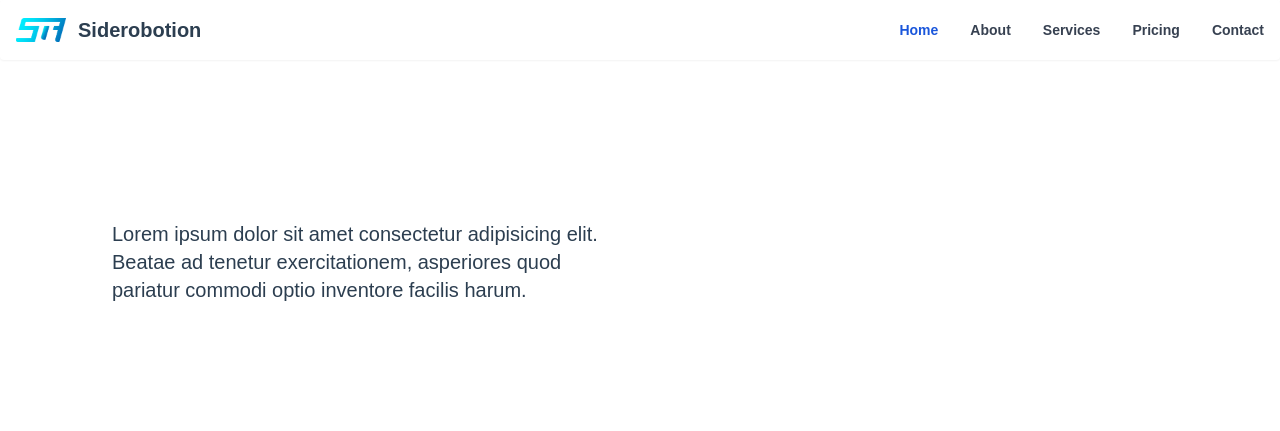
Repository: khulqu15/siderobotion
Page: /
An editor plug-in stored every save of this project. The page is shown before and after a run of saves, followed by the edit.
The browser window is 1280 px wide. The pictures show the whole page.
The project was rebuilt for these pictures with package versions that can differ from the ones it lists, and the page was loaded fresh each time. Also part of the build but not shown: vue.config.js.

Above is the page before, as saved 2022-06-12 02:10:06.

### src/main.js
import { createApp } from 'vue'
import App from './App.vue'
import './registerServiceWorker'
import router from './router'
import store from './store'
import 'flowbite'
import './index.css'

createApp(App)
  .use(store)
  .use(router)
  .mount('#app')

### src/index.css
@tailwind base;
@tailwind components;
@tailwind utilities;
@import url('https://fonts.googleapis.com/css2?family=Poppins:ital,wght@0,100;0,200;0,300;0,400;0,500;0,600;0,700;0,800;0,900;1,100;1,200;1,300;1,400;1,500;1,600;1,700;1,800;1,900&display=swap');

* {
  font-family: 'Poppins', sans-serif !important;
}

### src/views/HomeView.vue
<template>

  <web-layout>
    <div class="px-28 py-12 grid grid-cols-2 gap-4">
      <div class="py-28 text-start">
        <h1 class="text-xl">Lorem ipsum dolor sit amet consectetur adipisicing elit. Beatae ad tenetur exercitationem, asperiores quod pariatur commodi optio inventore facilis harum.</h1>
      </div>
    </div>
  </web-layout>

</template>

<script>
import WebLayout from '@/layouts/WebLayout.vue'
export default {
  name: 'HomeView',
  components: {
    WebLayout
  }
}
</script>

### src/layouts/WebLayout.vue
<template>
  <div id="app-web">
    <div id="nav">
      <navigation-header/>
    </div>
    <div id="body-content">
      <slot id="content"></slot>
    </div>
  </div>
</template>

<script>
import NavigationHeader from '@/components/NavigationHeader.vue'
export default {
  components: {
    NavigationHeader
  }
}
</script>

### src/components/NavigationHeader.vue
<template>
  <div>
    <nav class="bg-white border-gray-200 px-2 sm:px-4 py-4 shadow-sm rounded dark:bg-gray-800">
      <div class="container flex flex-wrap justify-between items-center mx-auto">
        <a href="/" class="flex items-center">
          <img :src="require('@/assets/logo.webp')" class="mr-3 h-4 sm:h-6" alt="Siderobotion Logo">
          <span class="self-center text-xl font-semibold whitespace-nowrap dark:text-white">Siderobotion</span>
        </a>
        <button data-collapse-toggle="mobile-menu" type="button" class="inline-flex items-center p-2 ml-3 text-sm text-gray-500 rounded-lg md:hidden hover:bg-gray-100 focus:outline-none focus:ring-2 focus:ring-gray-200 dark:text-gray-400 dark:hover:bg-gray-700 dark:focus:ring-gray-600" aria-controls="mobile-menu" aria-expanded="false">
          <span class="sr-only">Open main menu</span>
          <svg class="w-6 h-6" fill="currentColor" viewBox="0 0 20 20" xmlns="http://www.w3.org/2000/svg"><path fill-rule="evenodd" d="M3 5a1 1 0 011-1h12a1 1 0 110 2H4a1 1 0 01-1-1zM3 10a1 1 0 011-1h12a1 1 0 110 2H4a1 1 0 01-1-1zM3 15a1 1 0 011-1h12a1 1 0 110 2H4a1 1 0 01-1-1z" clip-rule="evenodd"></path></svg>
          <svg class="hidden w-6 h-6" fill="currentColor" viewBox="0 0 20 20" xmlns="http://www.w3.org/2000/svg"><path fill-rule="evenodd" d="M4.293 4.293a1 1 0 011.414 0L10 8.586l4.293-4.293a1 1 0 111.414 1.414L11.414 10l4.293 4.293a1 1 0 01-1.414 1.414L10 11.414l-4.293 4.293a1 1 0 01-1.414-1.414L8.586 10 4.293 5.707a1 1 0 010-1.414z" clip-rule="evenodd"></path></svg>
        </button>
        <div class="hidden w-full md:block md:w-auto" id="mobile-menu">
          <ul class="flex flex-col mt-4 md:flex-row md:space-x-8 md:mt-0 md:text-sm md:font-medium">
            <li>
              <a href="#" class="block py-2 pr-4 pl-3 text-white bg-blue-700 rounded md:bg-transparent md:text-blue-700 md:p-0 dark:text-white" aria-current="page">Home</a>
            </li>
            <li>
              <a href="#" class="block py-2 pr-4 pl-3 text-gray-700 border-b border-gray-100 hover:bg-gray-50 md:hover:bg-transparent md:border-0 md:hover:text-blue-700 md:p-0 dark:text-gray-400 md:dark:hover:text-white dark:hover:bg-gray-700 dark:hover:text-white md:dark:hover:bg-transparent dark:border-gray-700">About</a>
            </li>
            <li>
              <a href="#" class="block py-2 pr-4 pl-3 text-gray-700 border-b border-gray-100 hover:bg-gray-50 md:hover:bg-transparent md:border-0 md:hover:text-blue-700 md:p-0 dark:text-gray-400 md:dark:hover:text-white dark:hover:bg-gray-700 dark:hover:text-white md:dark:hover:bg-transparent dark:border-gray-700">Services</a>
            </li>
            <li>
              <a href="#" class="block py-2 pr-4 pl-3 text-gray-700 border-b border-gray-100 hover:bg-gray-50 md:hover:bg-transparent md:border-0 md:hover:text-blue-700 md:p-0 dark:text-gray-400 md:dark:hover:text-white dark:hover:bg-gray-700 dark:hover:text-white md:dark:hover:bg-transparent dark:border-gray-700">Pricing</a>
            </li>
            <li>
              <a href="#" class="block py-2 pr-4 pl-3 text-gray-700 hover:bg-gray-50 md:hover:bg-transparent md:border-0 md:hover:text-blue-700 md:p-0 dark:text-gray-400 md:dark:hover:text-white dark:hover:bg-gray-700 dark:hover:text-white md:dark:hover:bg-transparent">Contact</a>
            </li>
          </ul>
        </div>
      </div>
    </nav>

  </div>
</template>

### tailwind.config.js
module.exports = {

  content: [
    "./index.html",
    "./src/**/*.{vue,js,ts,jsx,tsx}",
    "./node_modules/flowbite/**/*.js",
  ],
  theme: {
    extend: {},
  },
  plugins: [
    require('flowbite/plugin')
  ]

}

Loaded but not shown: public/index.html (common file); src/App.vue (common file); src/registerServiceWorker.js (common file); src/router/index.js (common file); src/store/index.js (common file)

After the next 2 saves:
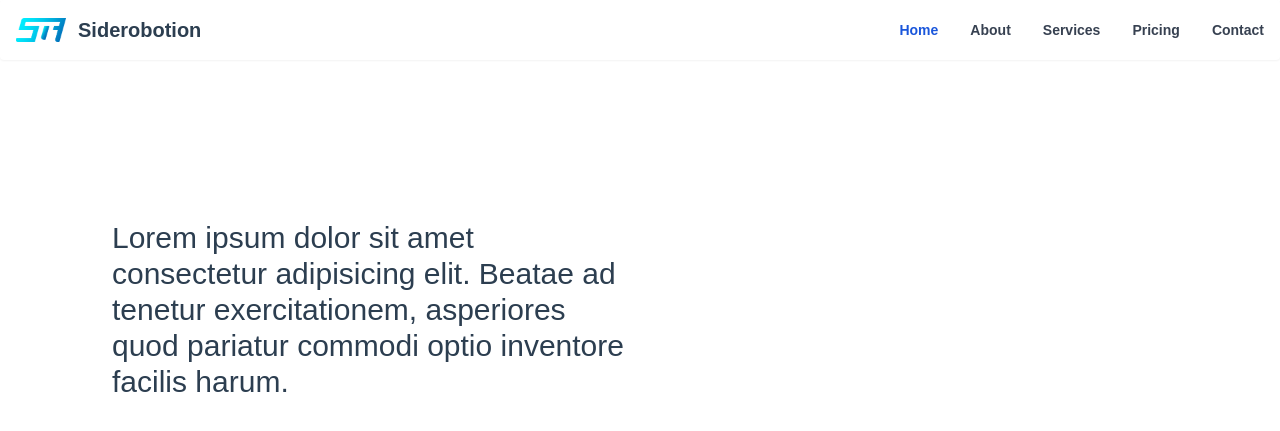
The 2 saves are shown as one change because they came seconds apart.
The last was saved 7 s later.
--- a/src/views/HomeView.vue
+++ b/src/views/HomeView.vue
@@ -3,7 +3,7 @@
   <web-layout>
     <div class="px-28 py-12 grid grid-cols-2 gap-4">
       <div class="py-28 text-start">
-        <h1 class="text-xl">Lorem ipsum dolor sit amet consectetur adipisicing elit. Beatae ad tenetur exercitationem, asperiores quod pariatur commodi optio inventore facilis harum.</h1>
+        <h1 class="text-3xl">Lorem ipsum dolor sit amet consectetur adipisicing elit. Beatae ad tenetur exercitationem, asperiores quod pariatur commodi optio inventore facilis harum.</h1>
       </div>
     </div>
   </web-layout>
